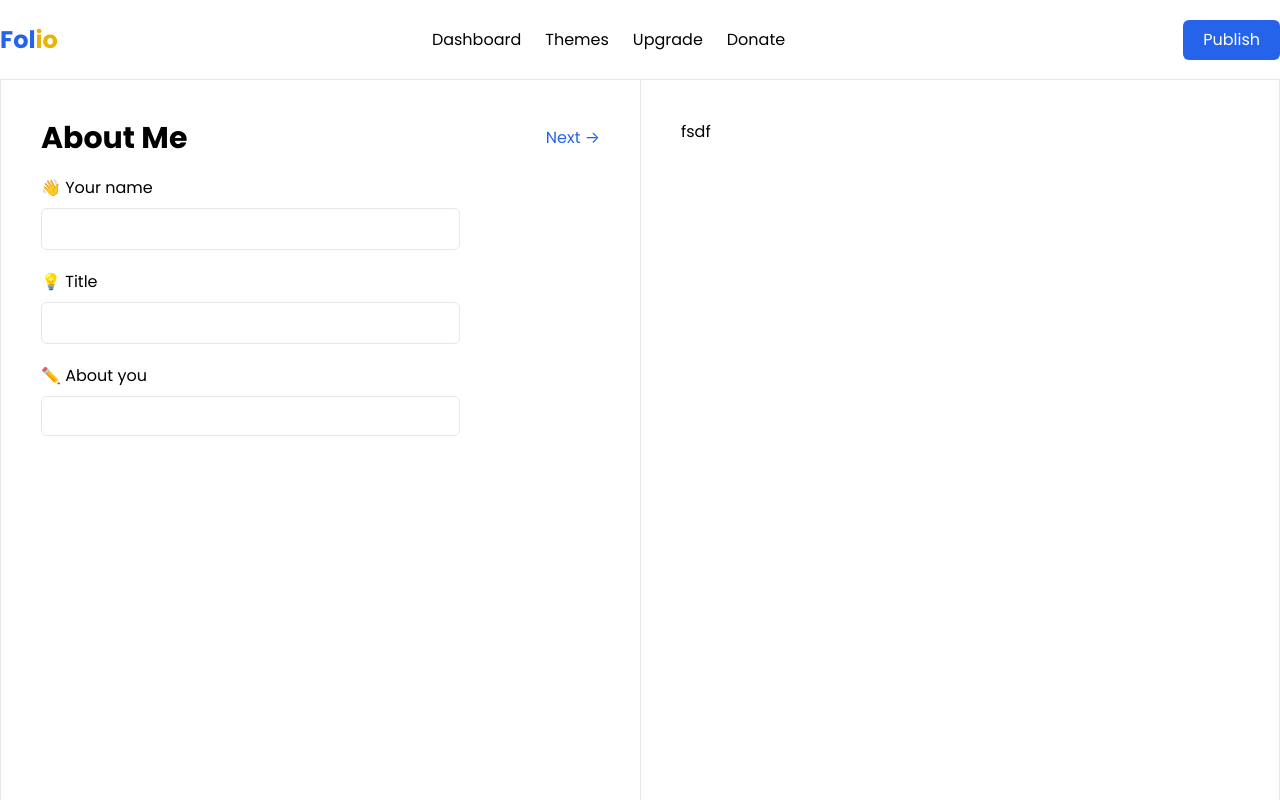
Repository: langford-dev/follio
Page: /
These files come from the project's save history. The page is drawn as it stood at one moment and after a run of saves; the edit follows.
The browser window is 1280 px wide. The pictures show the whole page.
The project was rebuilt for these pictures with package versions that can differ from the ones it lists, and the page was loaded fresh each time. The framework's server and built-in components were replaced by stand-ins that run in the browser. Also part of the build but not shown: next.config.js.

Above is the page before, as saved 2022-03-19 11:07:59.

### pages/_app.js
import { AppProvider } from '../context/context'
import '../styles/globals.css'

function MyApp({ Component, pageProps }) {
  return <AppProvider>
    <Component {...pageProps} />
  </AppProvider>
}

export default MyApp

### pages/index.js
import EditView from '../components/body'
import Header from '../components/header'

export default function Home() {
  return <div>
    <Header />
    <EditView />
  </div>
}

### context/context.js
import { createContext, useEffect } from "react"

export const AppContext = createContext()

export const AppProvider = ({ children }) => {
    return <AppContext.Provider>
        {children}
    </AppContext.Provider>
}

### styles/globals.css
@import url('https://fonts.googleapis.com/css2?family=Poppins:wght@300;400;500;600;700;800&display=swap');

@tailwind base;
@tailwind components;
@tailwind utilities;


html,
body {
  /* background: #e2e8f013; */
  padding: 0;
  margin: 0;
}

a {
  color: inherit;
  text-decoration: none;
}

* {
  box-sizing: border-box;
  font-family: "Poppins", -apple-system, BlinkMacSystemFont, Segoe UI, Roboto, Oxygen,
    Ubuntu, Cantarell, Fira Sans, Droid Sans, Helvetica Neue, sans-serif;
}

### components/body.js
import { useState } from "react"

const styles = {
    pageView: `m-auto max-w-screen-xl h-screen pt-20`,
    title: `text-3xl font-bold`,
    flexView: `flex h-screen`,
    editingView: `w-1/2 p-10 border-l`,
    preview: `border-l w-1/2 p-10 border-r`,
    inputContainer: `flex flex-col mt-5`,
    input: `border p-2 outline-none mt-2 w-9/12 rounded-md`,
    textArea: `border p-2 outline-none mt-2 w-9/12 rounded-md resize-none h-10`,
    label: ``,
    textButton: `text-blue-600 cursor-pointer`,
    pageTitleView: `flex items-center justify-between`,
}

const EditView = () => {
    const [viewCount, setViewCount] = useState(0)

    return <div className={styles.pageView}>
        <div className={styles.flexView}>
            <div className={styles.editingView}>
                <div className={styles.pageTitleView}>
                    <p className={styles.title}>About Me</p>
                    <p className={styles.textButton}>Next &rarr;</p>
                </div>
                <div className={styles.inputContainer}>
                    <label className={styles.label}>👋 Your name</label>
                    <input type="text" className={styles.input} />
                </div>
                <div className={styles.inputContainer}>
                    <label className={styles.label}>💡 Title</label>
                    <input type="text" className={styles.input} />
                </div>
                <div className={styles.inputContainer}>
                    <label className={styles.label}>✏️ About you</label>
                    <textarea type="text" className={styles.textArea} />
                </div>
            </div>
            <div className={styles.preview}>fsdf</div>
        </div>
    </div>
}

export default EditView

### components/header.js
import Link from "next/link"
import Logo from "./logo"

const styles = {
    header: `border-b h-20 bg-white fixed w-screen top-0 left-0`,
    headerWrapper: `m-auto max-w-screen-xl h-full flex items-center justify-between`,
    button: `bg bg-blue-600 text-white h-10 px-5 flex items-center justify-center rounded-md cursor-pointer`,
    nav: `flex`,
    navLink: `mr-6 hover:text-blue-600 cursor-pointer`,
}

const Header = () => {
    return <header className={styles.header}>
        <div className={styles.headerWrapper}>
            <Logo />
            <nav className={styles.nav}>
                <Link passHref={true} href="/"><p className={styles.navLink}>Dashboard</p></Link>
                <Link passHref={true} href="/"><p className={styles.navLink}>Themes</p></Link>
                <Link passHref={true} href="/"><p className={styles.navLink}>Upgrade</p></Link>
                <Link passHref={true} href="/"><p className={styles.navLink}>Donate</p></Link>
            </nav>
            <div className="flex items-center">
                <div className={styles.button}>Publish</div>
            </div>
        </div>
    </header>
}

export default Header

### components/logo.js
const Logo = () => {
    return <p className="font-bold text-2xl text-blue-600">Fol<span className="text-yellow-500">io</span></p>
}

export default Logo

Loaded but not shown: tailwind.config.js (common file)

After the next 2 saves:
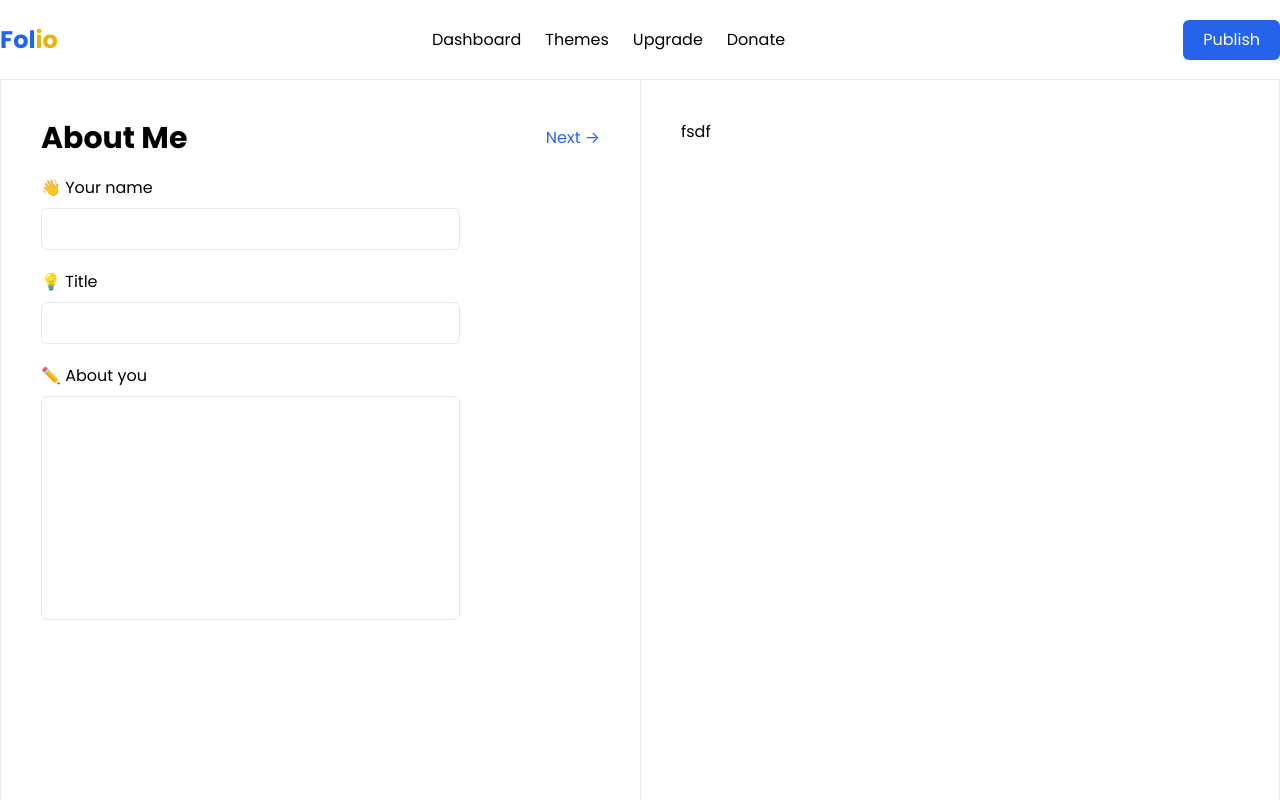
The 2 saves are shown as one change because they came seconds apart.
The last was saved 12 s later.
--- a/components/body.js
+++ b/components/body.js
@@ -8,7 +8,7 @@ const styles = {
     preview: `border-l w-1/2 p-10 border-r`,
     inputContainer: `flex flex-col mt-5`,
     input: `border p-2 outline-none mt-2 w-9/12 rounded-md`,
-    textArea: `border p-2 outline-none mt-2 w-9/12 rounded-md resize-none h-10`,
+    textArea: `border p-2 outline-none mt-2 w-9/12 rounded-md resize-none h-56`,
     label: ``,
     textButton: `text-blue-600 cursor-pointer`,
     pageTitleView: `flex items-center justify-between`,
